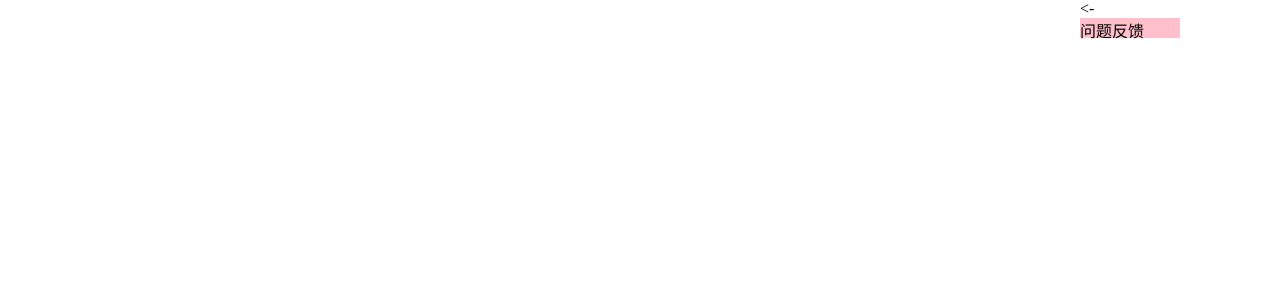
Repository: szl156/class
Page: review/javascript/test/test.html
These files come from the project's save history. The page is drawn as it stood at one moment and after the next save; the edit follows.
The browser window is 1280 px wide. The pictures show the whole page.

Above is the page before, as saved 2022-07-25 22:24:28.

After the next save:
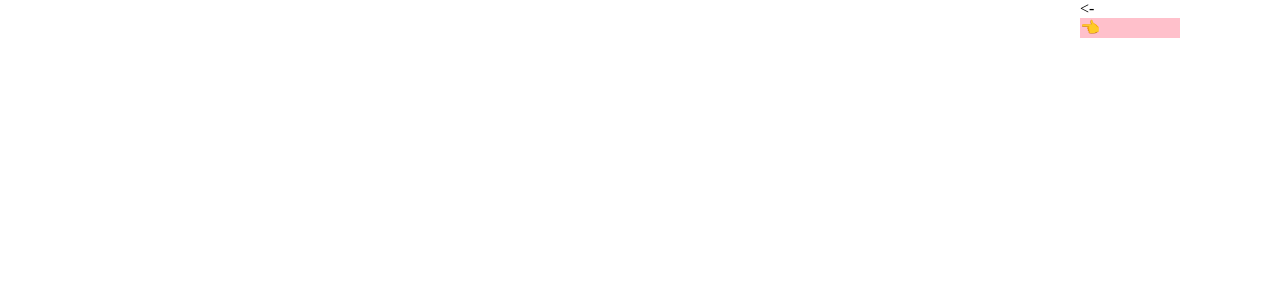
Saved 23 s later.
--- a/review/javascript/test/test.html
+++ b/review/javascript/test/test.html
@@ -12,11 +12,6 @@
             top: 0;
             right: 0;
             width: 200px;
-        }
-
-        span {
-            position: relative;
-            display: block;
         }
 
         .con {
@@ -34,7 +29,7 @@
 <body>
     <div class="sliderbar">
         <span><-</span>
-        <div class="con">问题反馈</div>
+        <div class="con">👈</div>
     </div>
     <script>
         let sliderbar = document.querySelector('.sliderbar')
